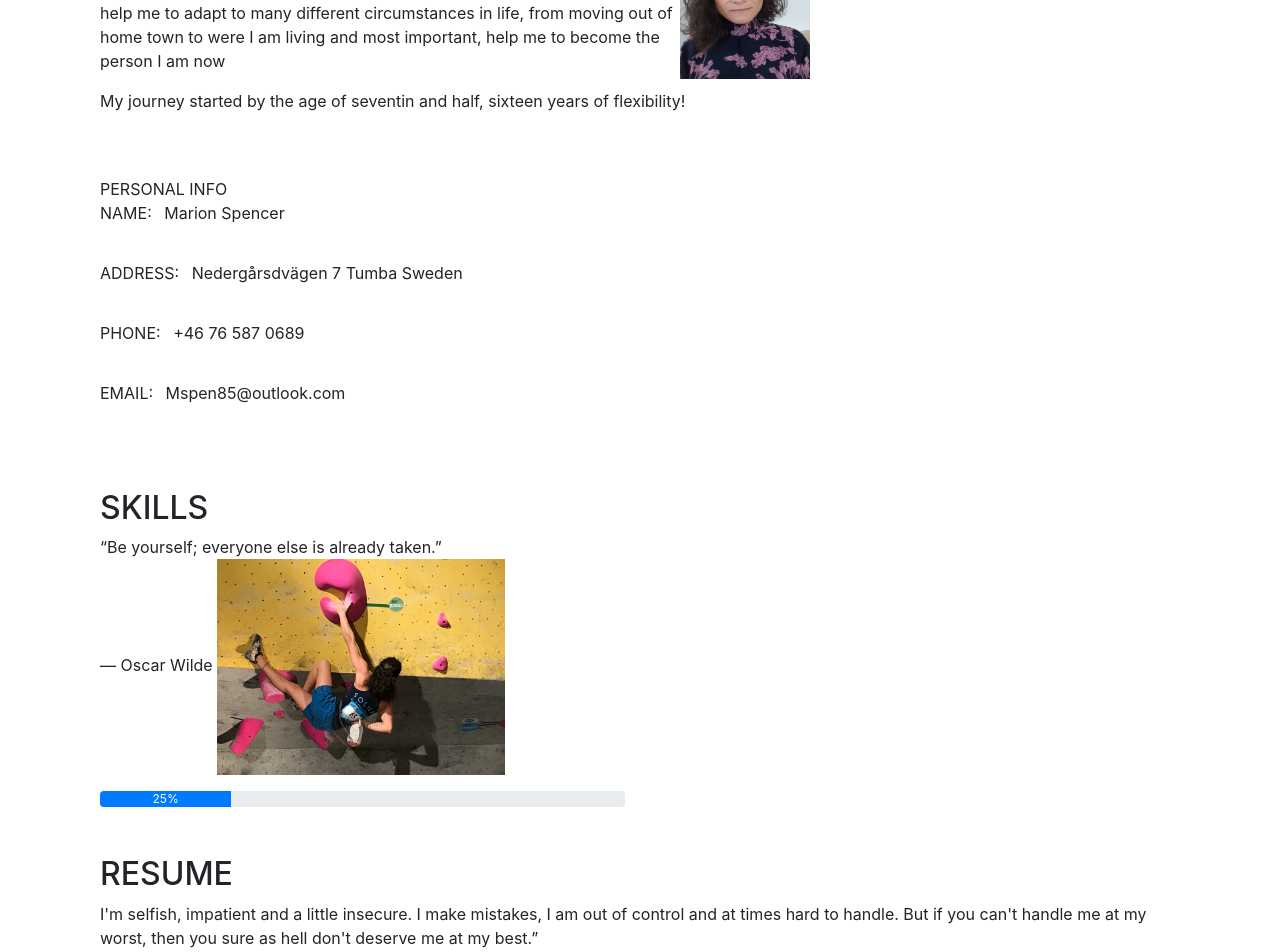
Repository: Dbyu85/m-spenc
Page: index.html
The author's editor kept a record of every edit. The page is drawn from the files as they stood at one moment, then again after the next edit.
The browser window is 1280 px wide. The pictures show the part of the page from y = 1105 to 2057 px (the page is 2710 px tall before and 2646 px after).
A picture or video elsewhere on the page could not be fetched, so the positions and the page height are approximate. Some web fonts or font styles are not loaded; a fallback is used.

Above is the page before.

### index.html
<!DOCTYPE html>
<html lang="en">

<head>
    <meta charset="UTF-8">
    <title>The Art of Flexibility</title>
    <meta name="viewport" content="width=device-width, initial-scale=1.0">
    <meta http-equiv="X-UA-Compatible" content="ie=edge">
    <link rel="stylesheet" href="https://stackpath.bootstrapcdn.com/bootstrap/4.3.1/css/bootstrap.min.css" integrity="sha384-ggOyR0iXCbMQv3Xipma34MD+dH/1fQ784/j6cY/iJTQUOhcWr7x9JvoRxT2MZw1T" crossorigin="anonymous">
    <link rel="stylesheet" href="https://stackpath.bootstrapcdn.com/font-awesome/4.7.0/css/font-awesome.min.css" type="text/css" />
    <link rel="stylesheet" href="css/style.css" type="text/css" />
</head>

<body>y>
    <header class="container-fluid landing-container">
        <div class="row dropdown">
            <div class="col-12">
                <nav class="dropdown bt-secondary dropdown-expand-sm fixed-top">
                    <a class="btn btn-secondary dropdown-toggle" href="#" role="button" id="dropdownMenuLink" data-toggle="dropdown" aria-haspopup="true" aria-expanded="false">More About</a>
                    <ul class="dropdown-menu" aria-labelledby="dropdownMenuLink">
                        <li class="active nav-item mr-2"><a class="dropdown-item" href="#">About Me</a></li>
                        <li class="nav-item mr-2"><a class="dropdown-item" href="Home">Home</a></li>
                        <a class="dropdown-item" href="#">Skills</a>
                        <a class="dropdown-item" href="#">Resume</a>
                        <a class="dropdown-item" href="#">contact</a>
                    </ul>
                </nav>
            </div>
        </div>
        <section class="container-fluid titel-container">
            <div class="row">
                <div class="col-12">
                    <div class="landing-page page text-center">
                        <img src="image/nihal-demirci-1519473-unsplash.jpg" style="float:right width:100vw; height:100vh">
                        <h2 class="name">Marion Spencer</h2>
                        <h3 class="titel">Software Developer Student</h3>
                        <h1><strong>The Art of Flexibility</strong></h1>
                    </div>
                </div>
            </div>
        </section>
    </header>
    <article class="container">
        <section class="container presentation-container">
            <div class=" presentation">
                <div class="row">
                    <div class="col-md-8 my-5">
                        <div class="about">
                            <p><strong>What?</strong><br> That is a good question!!</p><br>
                            <p class="inline-block"><img src="image/img.jpg" ; style="float:right; width:130px; height:150px">I consider myself a globettroter and flexible, a person that enjoy every moment I have got.<br> Born in a small town located in Nicaragua Central America.
                                Flexibility has help me to adapt to many different circumstances in life, from moving out of home town to were I am living and most important, help me to become the person I am now</p>
                            <p>My journey started by the age of seventin and half, sixteen years of flexibility! </p>
                        </div>
                    </div>
                </div>
                <div class="row">
                    <div class="col-12 bg-color">
                        <div class="personal-info text-uppercase">personal info</div>
                        <div class="personal-info-items">
                            <div class="key">
                                <p class="text-uppercase">
                                    name:
                                </p>
                            </div>
                            <div class="value">
                                <p>
                                    Marion Spencer
                                </p>
                            </div>
                        </div>
                        <div class="personal-info-items">
                            <div class="key">
                                <p class="text-uppercase">
                                    address:
                                </p>
                            </div>
                            <div class="value">
                                <p>
                                    Nedergårsdvägen 7 Tumba Sweden
                                </p>
                            </div>
                        </div>
                        <div class="personal-info-items">
                            <div class="key">
                                <p class="text-uppercase">
                                    phone:
                                </p>
                            </div>
                            <div class="value">
                                <p>
                                    +46 76 587 0689
                                </p>
                            </div>
                        </div>
                        <div class="personal-info-items">
                            <div class="key">
                                <p class="text-uppercase">
                                    Email:
                                </p>
                            </div>
                            <div class="value">
                                <p>
                                    Mspen85@outlook.com
                                </p>
                            </div>
                        </div>
                    </div>
                </div>
            </div>
        </section>

        <!--------------------------------------skills-->
        <section class="skills">
            <div class="col-6 my-5 ">
                <div class="about ">
                    <h2 class="about text-uppercase ">skills</h2>
                    <p>“Be yourself; everyone else is already taken.” <br> ― Oscar Wilde <img src="image/climb.jpg" float: "right"; style="float:right width:30vw; height:30vh"></p>
                    <div class="row climb-container">
                        <div class="col-md-6">

                        </div>
                    </div>
                    <div class="progress">
                        <div class="progress-bar" role="progressbar" style="width: 25%;" aria-valuenow="25" aria-valuemin="0" aria-valuemax="100">25%</div>
                    </div>

                </div>
            </div>

        </section>

        <!--------------------------------------resume-->
        <section class="resume">
            <div class="col-12 my-5 ">
                <div class="about ">
                    <h2 class="about text-uppercase ">resume</h2>
                    <p>I'm selfish, impatient and a little insecure. I make mistakes, I am out of control and at times hard to handle. But if you can't handle me at my worst, then you sure as hell don't deserve me at my best.”<br> ― Marilyn Monroe</p>
                </div>
            </div>
        </section>

        <!--------------------------------------contact-->
        <section class="container-fluid contact">
            <div class="row">
                <div class="col-12 my-5 about ">
                    <h2 class="about text-uppercase text-center ">need more info?</h2>
                    <p class="text-center">contact me!</p>
                    <div class="center-form">
                        <form>
                            <input type="text" name="name" id="fullname" class="form-control" placeholder="Name" required/>
                            <input type="email" name="email" id="emailaddress" class="form-control" placeholder="Email" required/>
                            <textarea row="5" name="questions!" id="questions" class="form-control" placeholder="Questions!" required></textarea>
                            <div class="form-row text-center">
                                <div class="col">
                                    <button type="submit" class="btn btn-secondary">send request</button>
                                </div>

                            </div>
                        </form>
                    </div>
                </div>
            </div>
        </section>

    </article>
    <hr>
    <!--------------------------------------footer-container-->
    <footer class="container-fluid footer-container">
        <div class="row ">
            <div class="col-md-4 my-5 ">
                <h5 class="text-uppercase general ">Quote</h5>
                <p class="inline-block ">Dr. Seuss "Don 't cry because it's over, smile because it happened. "!</p>
            </div>

            <div class="col-sm-4 my-5 ">
                <h5 class="text-uppercase general">download</h5>
                <p class="inline-block "> Printable version of my CV? Download here.
                    <a href="# " target="_black " class="cv-pdf "><i class="fa fa-download " aria-hiden="true "></i><span class="sr-only ">Download link</span>
                    </a>
                </p>

            </div>


            <div class="col-md-4 my-5 ">
                <h5 class="text-uppercase general">Social Media</h5>
                <ul class="list-inline-item social-link ">
                    <li class="list-inline-item "><a target="_blank " href="# ">
                        <i class="fa fa-facebook " aria-hiden="true "></i>
                        <span class="sr-only ">facebook</span></a>
                    </li>
                    <li class="list-inline-item "><a target="_blank " href="# ">
                        <i class="fa fa-twitter " aria-hiden="true "></i>
                        <span class="sr-only ">twitter</span></a>
                    </li>
                    <li class="list-inline-item "><a target="_blank " href="# ">
                        <i class="fa fa-instagram " aria-hiden="true "></i>
                        <span class="sr-only ">Instagram</span></a>
                    </li>
                    <li class="list-inline-item "><a target="_blank " href="# ">
                        <i class="fa fa-github " aria-hiden="true "></i>
                        <span class="sr-only ">github</span></a>
                    </li>
                    <li class="list-inline-item "><a target="_blank " href="# ">
                        <i class="fa fa-linkedin " aria-hiden="true "></i>
                        <span class="sr-only ">linkedin</span></a>
                    </li>
                    <li class="list-inline-item "><a target="_blank " href="# ">
                        <i class="fa fa-pinterest " aria-hiden="true "></i>
                        <span class="sr-only ">pinterest</span></a>
                    </li>

                </ul>
            </div>
        </div>
    </footer>

    <script src="https://code.jquery.com/jquery-3.3.1.slim.min.js " integrity="sha384-q8i/X+965DzO0rT7abK41JStQIAqVgRVzpbzo5smXKp4YfRvH+8abtTE1Pi6jizo " crossorigin="anonymous "></script>
    <script src="https://cdnjs.cloudflare.com/ajax/libs/popper.js/1.14.7/umd/popper.min.js " integrity="sha384-UO2eT0CpHqdSJQ6hJty5KVphtPhzWj9WO1clHTMGa3JDZwrnQq4sF86dIHNDz0W1 " crossorigin="anonymous "></script>
    <script src="https://stackpath.bootstrapcdn.com/bootstrap/4.3.1/js/bootstrap.min.js " integrity="sha384-JjSmVgyd0p3pXB1rRibZUAYoIIy6OrQ6VrjIEaFf/nJGzIxFDsf4x0xIM+B07jRM " crossorigin="anonymous "></script>

</body>

</html>

### css/style.css
@import url('https://fonts.googleapis.com/css?family=Roboto:100, 200, 300, 400, 500, 600, 700|"Exo:100, 200,300, 400, 500, 600, 700');

.titel-container {
    position: relative;

    background-image: url("image/nihal-demirci-1519473-unsplash.jpg") no-repeat bottom right fixed;
    background:center;
    -webkit-background-size: cover;
    -moz-background-size: cover;
    -o-background-size: cover;
    background-size: cover;
    margin: 0px;
    padding: 5px;
}
.personal-info-items {
    margin-bottom: 20px;
    display: block;
    clear: both;
}

.personal-info-items .key,
.personal-info-items .value {
    padding-right: 8px;
    display: inline-block;
}

After the next edit:
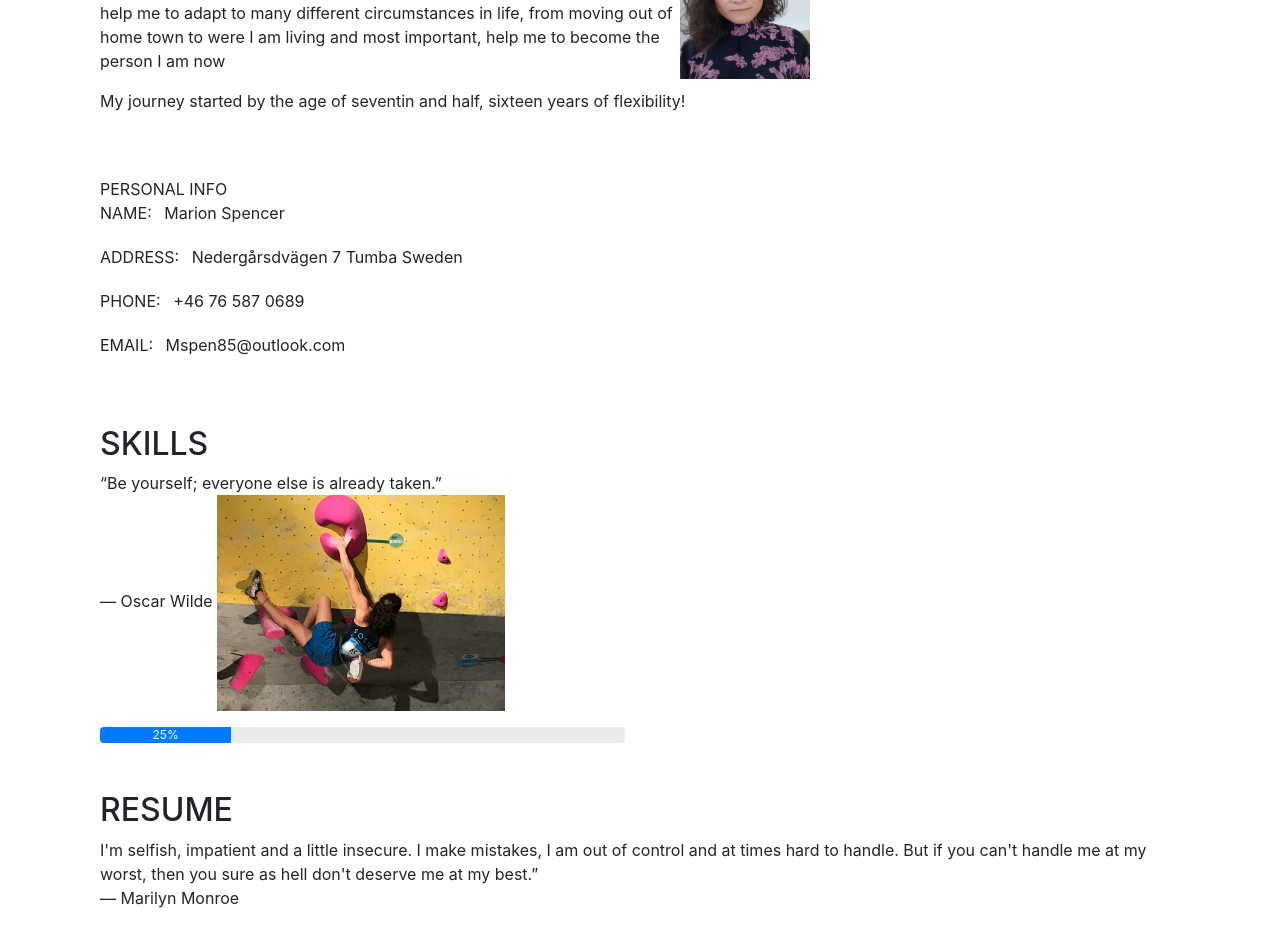
The edit:
--- a/css/style.css
+++ b/css/style.css
@@ -23,3 +23,7 @@
     padding-right: 8px;
     display: inline-block;
 }
+.personal-info-items .key p,
+.personal-info-items .value p {
+    margin: 0;
+}
